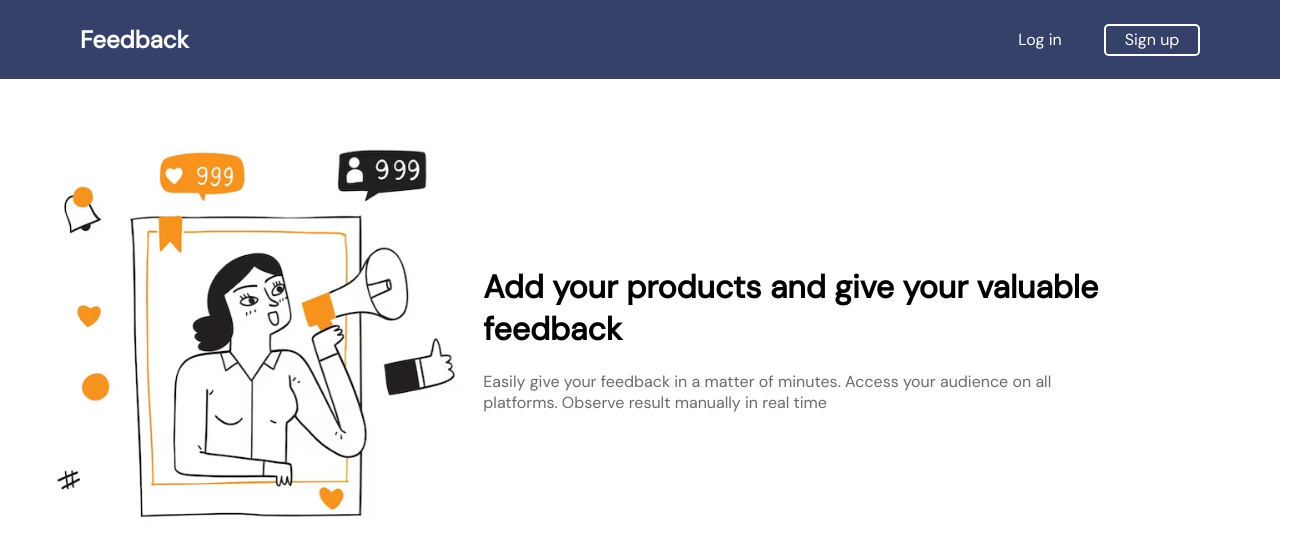
Repository: drumsmanku/final-evaluation-test
Page: / (app in client/)
The author's editor kept a copy of each file at every save. The page is drawn from the files as they stood at one save, then again after the next save.
The browser window is 1280 px wide. The page is 1280 px wide, then 1312 px, then 1280 px, so the pictures cover 1312 px, including what lies to the right of the window. The pictures show the whole page.
The project was rebuilt for these pictures with package versions that can differ from the ones it lists, and the page was loaded fresh each time. Also part of the build but not shown: client/src/App.css.

Above is the page before, as saved 2023-07-27 22:05:05.

After the next save:
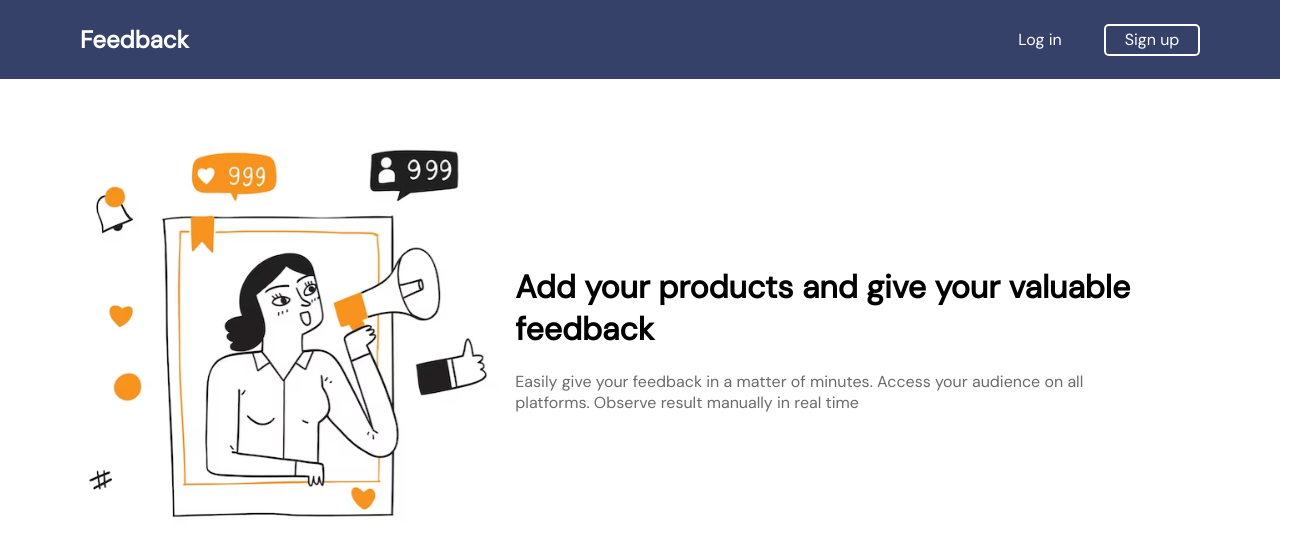
Saved 13 s later.
--- a/client/src/CSS/MainPage.css
+++ b/client/src/CSS/MainPage.css
@@ -50,4 +50,5 @@ body{
   display: flex;
   align-items: center;
   justify-content: space-around;
+  padding-left: 2rem;
 }

After the save that followed:
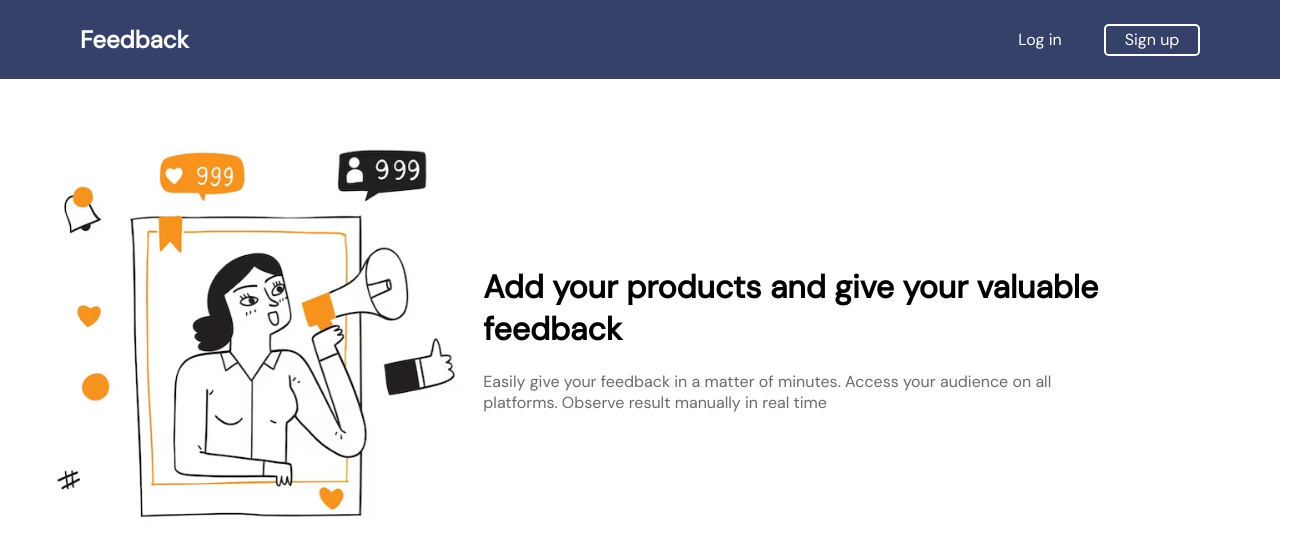
Saved 35 s later.
--- a/client/src/CSS/MainPage.css
+++ b/client/src/CSS/MainPage.css
@@ -50,5 +50,5 @@ body{
   display: flex;
   align-items: center;
   justify-content: space-around;
-  padding-left: 2rem;
+
 }
